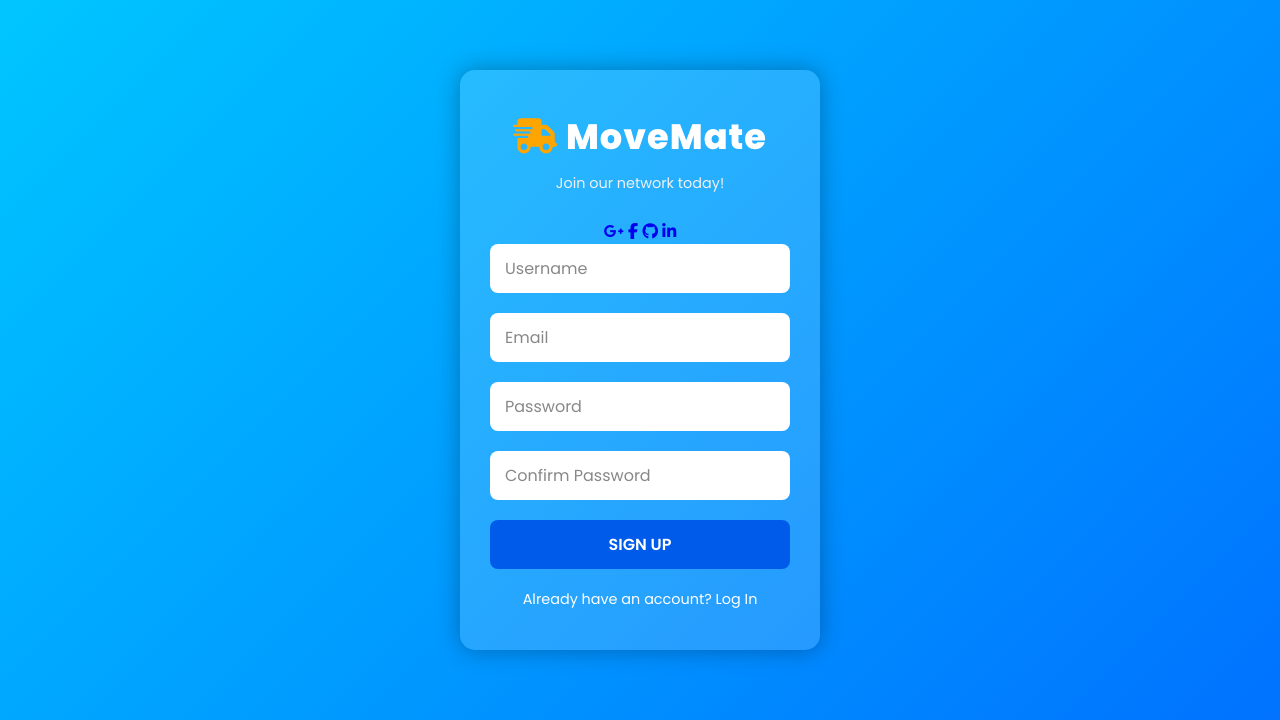
Repository: MoveMate7018/Slokdhorda7014
Page: registration.html
An editor plug-in stored every save of this project. The page is shown before and after the next save, followed by the edit.
The browser window is 1280 px wide. The pictures show the whole page.

Above is the page before, as saved 2025-10-27 14:54:36.

After the next save:
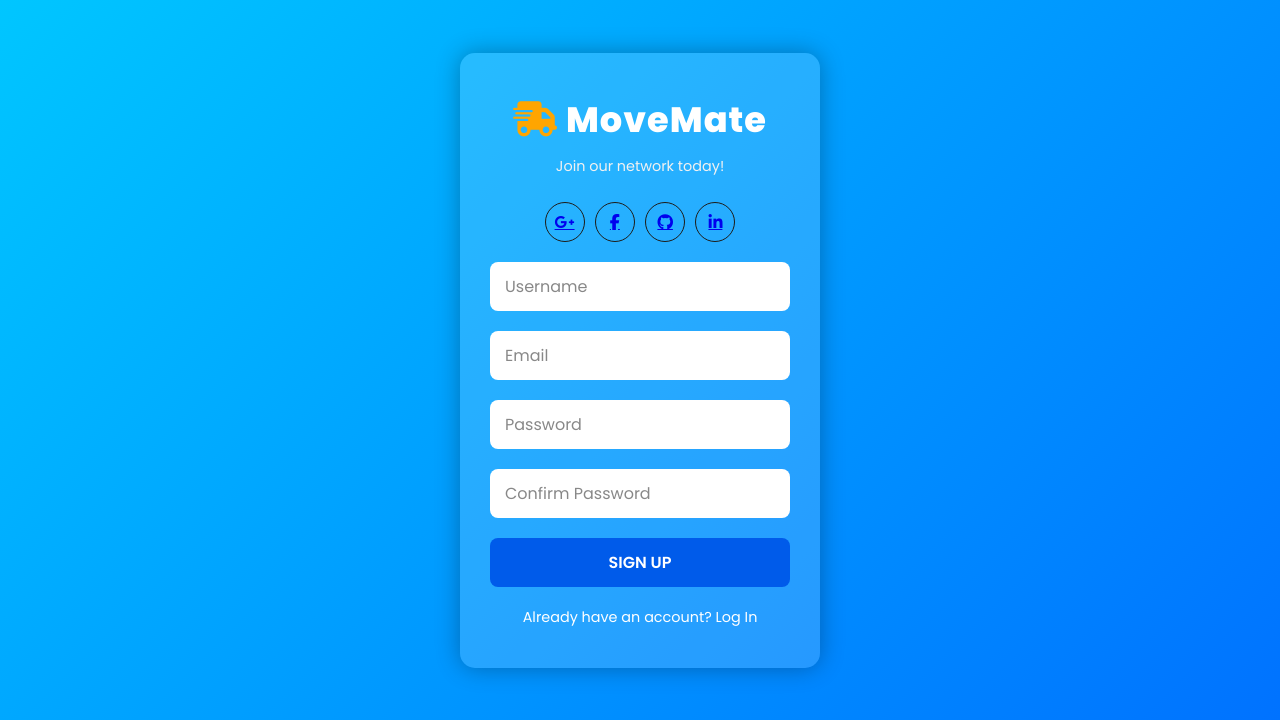
Saved 11 s later.
--- a/Assets/css/registration.css
+++ b/Assets/css/registration.css
@@ -199,3 +199,17 @@
                  transform: translateX(0);
              }
          }
+          .extra-login-options{
+         margin: 20px 0;
+     }
+
+     .extra-login-options a{
+         border: 1px solid #1F1C18;
+         border-radius: 50%;
+         display: inline-flex;
+         justify-content: center;
+         align-items: center;
+         margin: 0 3px;
+         width: 40px;
+         height: 40px;
+     }
